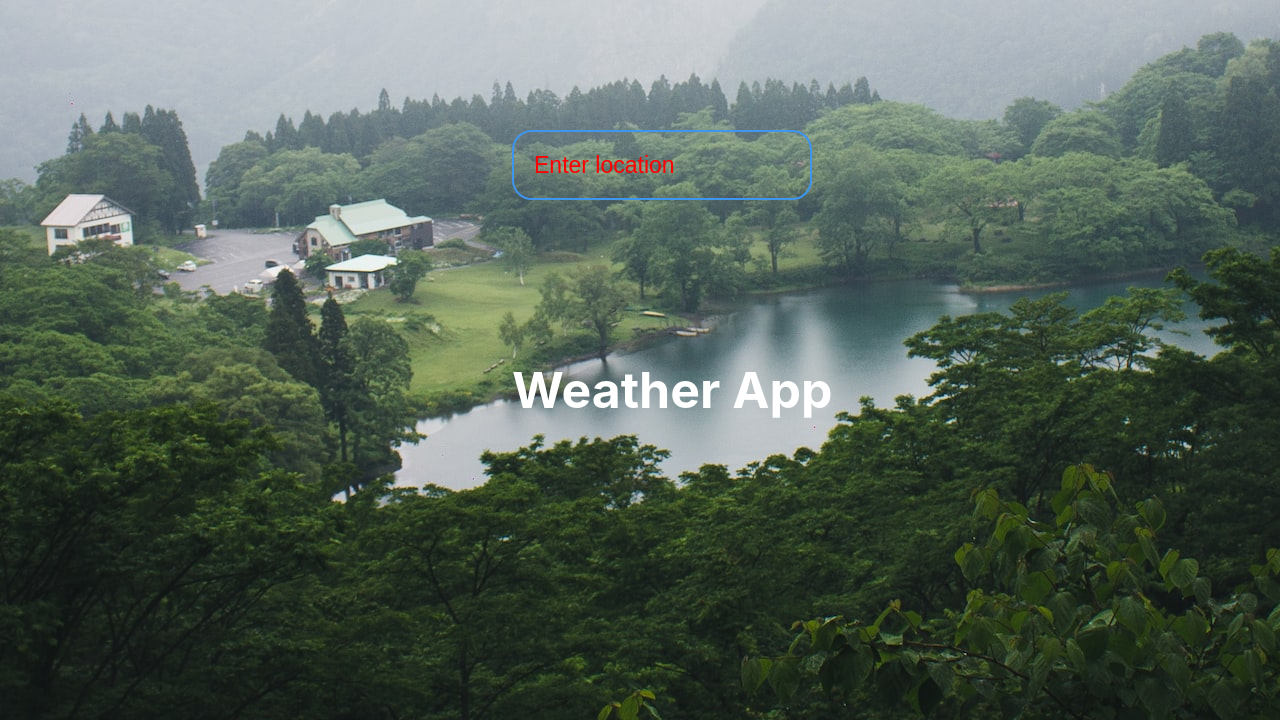
Repository: RenataDzotova/WeatherForecast
Page: /
The author's editor kept a copy of each file at every save. The page is drawn from the files as they stood at one save, then again after the next save.
The browser window is 1280 px wide. The pictures show the whole page.
The project was rebuilt for these pictures with package versions that can differ from the ones it lists, and the page was loaded fresh each time. The framework's server and built-in components were replaced by stand-ins that run in the browser. Also part of the build but not shown: next.config.js, styles/Home.module.css.

Above is the page before, as saved 2023-01-19 16:37:01.

### pages/index.js
import Head from 'next/head'
import Image from 'next/image'
import styles from '../styles/Home.module.css'
import axios from 'axios'
import { useState } from 'react'
import { FlexBox, Wrapper, Text, ImgPlaceholder } from '../styles/global'

export default function Home() {
  const [data, setData] = useState({});
  const [location, setLocation] = useState('');
  const [weather, setWeather] = useState();
  const [errorMessage, setErrorMessage] = useState('')
  const [showTitle, setShowTitle] = useState('Weather App')

  const searchLocation = (event) => {
    if (event.key === "Enter"){
      axios.get(url)
      .then((response) => {
        console.clear()
        setData(response.data)
        console.log(response.data)
        setWeather(response.data.weather)
        setErrorMessage("")
        setShowTitle("")
      }) .catch(err => {
        console.log(err)
        setErrorMessage("Please enter another location")
        setData({})
        setWeather()
      })
      setLocation('')
    }
  }

  var apiKey = "f1c3aba9f416efdb16702d2866709e98";
  var lang = "en";
  var units = "metric";
  const url = `https://api.openweathermap.org/data/2.5/weather?q=${location}&units=${units}&appid=${apiKey}&lang=${lang}`

  return (
    <div className={styles.bg}>
      <Head>
        <title>Create Next App</title>
        <meta name="description" content="Generated by create next app" />
        <link rel="icon" href="/favicon.ico" />
        <link rel="preconnect" href="https://fonts.gstatic.com" crossorigin />
        <link
            href="https://fonts.googleapis.com/css2?family=Plus+Jakarta+Sans:ital,wght@0,200;0,300;0,400;0,500;0,600;0,700;0,800;1,200;1,300;1,400;1,500;1,600;1,700;1,800&display=swap"
            rel="stylesheet"
            />
      </Head>

      <main>


        {
          data &&
            <span>
              {errorMessage}
              <span className='titleText'>
              {showTitle}
              </span>
            </span>
        }


        <input className='inputStyle'
          value = {location}
          onChange={event=> setLocation(event.target.value)}
          placeholder="Enter location"
          onKeyDown={searchLocation}
          type="text"
          style={{position:"absolute", top:"130px", left:"40%" }}
        >
        </input>

        {
          weather && weather.map((w, index) =>{
            return(
              <Wrapper bgImage={ data.main.temp.toFixed() < 0 && w.main=="Snow" ? "/alora-griffiths-HlnFco4i624-unsplash.jpg" : w.main=="Rain" || w.main=="Thunderstorm" ? "/nick-nice-ve-R7PCjJDk-unsplash.jpg" : w.main=="Clouds" ? "/johny-goerend-z_SXPzTMKkc-unsplash.jpg" : "/kenrick-mills-MF9Wy1NA55I-unsplash-2.jpg"} key={index}>

                  <FlexBox dir="column" width="100%" height="100%">
                    <FlexBox dir="column" margin="200px 0 0 0">
                      <Text color="white" fontSize="65px" fontWeight="bold">{data.name}</Text>
                        <FlexBox alignItems="flex-start">
                          <Text color="white" fontSize="90px" fontWeight="bold">{data.main.temp.toFixed()}°</Text>
                          <FlexBox margin="15px 0 12px 10px"><Text color="white" fontSize="30px">{w.main} </Text></FlexBox>
                        </FlexBox>
                    </FlexBox>

                    <FlexBox flexWrap="wrap" margin="100px 0 0 0" bgColor="rgba(227, 227, 227, 0.25)" border="rgba(227, 227, 227) solid 2px" minHeight="130px" width="60%" borderRadius="30px" justifyContent="space-around" padding="0 20px 0 20px">
                      <FlexBox dir="column">
                        <Text color="white" fontSize="65px" fontWeight="700">{data.main.feels_like.toFixed()}°C</Text>
                        <Text color="white">Feels like</Text>
                      </FlexBox>
                      <FlexBox dir="column">
                        <Text color="white" fontSize="65px" fontWeight="700">{data.main.humidity}%</Text>
                        <Text color="white">Humidity</Text>
                      </FlexBox>
                      <FlexBox dir="column">
                        <FlexBox>
                          <Text color="white" fontSize="65px" fontWeight="700">{data.main.pressure}</Text>
                          <Text fontSize="20px" margin="0 0 15px 0" color="white">hPa</Text>
                        </FlexBox>
                        <Text color="white">Pressure</Text>
                      </FlexBox>
                      { data.wind.gust &&
                      <FlexBox dir="column">
                        <FlexBox>
                          <Text color="white" fontSize="65px" fontWeight="700">{data.wind.gust}</Text>
                          <Text fontSize="20px" margin="0 0 15px 0" color="white">M/s</Text>
                        </FlexBox>
                        <Text color="white">Wind</Text>
                      </FlexBox>
                      }
                    </FlexBox>
                  </FlexBox>
              </Wrapper>
            )
          })
        }
      </main>

      {/* <footer className={styles.footer}>
        <a
          href="https://vercel.com?utm_source=create-next-app&utm_medium=default-template&utm_campaign=create-next-app"
          target="_blank"
          rel="noopener noreferrer"
        >
          Powered by{' '}
          <span className={styles.logo}>
            <Image src="/vercel.svg" alt="Vercel Logo" width={72} height={16} />
          </span>
        </a>
      </footer> */}
    </div>
  )
}

### styles/globals.css
html,
body {
  padding: 0;
  margin: 0;
  font-family: -apple-system, BlinkMacSystemFont, Segoe UI, Roboto, Oxygen,
    Ubuntu, Cantarell, Fira Sans, Droid Sans, Helvetica Neue, sans-serif;
  background-image: url("../public/cory-bjork-nkXNnX4BG1k-unsplash.jpg");
  background-position: center;
  background-repeat: no-repeat;
  display: flex;
  justify-content: center;
  align-items: center;
  flex-direction: column;
}

.titleText{
  font-size: 50px;
  font-weight: 700;
  color: white;
  background-color: transparent;
  position: absolute;
  left: 40%;
  top: 50%;
}

a {
  color: inherit;
  text-decoration: none;
}

.inputStyle{
  border-radius: 20px;
  height: 70px;
  width: 300px;
  font-size: 23px;
  padding: 20px;
  background-color: transparent;
  color: rgb(14, 40, 66);
  border: 2px solid rgb(62, 150, 239);
}
::placeholder {
  color: red;
  opacity: 1; /* Firefox */
}

* {
  box-sizing: border-box;
}

@media (prefers-color-scheme: dark) {
  html {
    color-scheme: dark;
  }
  body {
    color: white;
    background: black;
  }
}

### styles/global.js
import styled from 'styled-components';

export const Text = styled.p`
    font-size: ${props=>props.fontSize || "21px"};
    font-weight: ${props=>props.fontWeight || "normal"};
    color: ${props=>props.color};
    margin: ${props=>props.margin || "0px"};

`


export const FlexBox = styled.div`
    display:flex;
    justify-content:${props=>props.justifyContent || "center"};
    align-items:${props=>props.alignItems || "center"};
    flex-direction:${props=>props.dir || "row"};
    flex-wrap: ${props=>props.flexWrap};
    width: ${props=>props.width};
    height: ${props=>props.height};
    background-color: ${props=>props.bgColor};
    padding: ${props=>props.padding};
    margin: ${props=>props.margin || "0px"};
    min-height: ${props=>props.minHeight};
    max-height: ${props=>props.maxHeight};
    background-image: ${props=>props.linearGradient || "none"}, url(${props=>props.bgImage});
    background-position: ${props=>props.bgPosition || "center"};
    background-size: ${props=>props.bgSize || "cover"};
    background-repeat: ${props=>props.bgRepeat};
    border-radius:${props=>props.borderRadius};
    filter: ${props=>props.filter};
    border: ${props=>props.border};
    z-index:${props=>props.zIndex};
    position: ${props=>props.position};
    top: ${props=>props.top};
    left:${props=>props.left};
    bottom: ${props=>props.bottom};
    border-bottom-style: ${props=>props.borderBottom};
    box-shadow: ${props=>props.boxShadow};
    border-top: ${props=>props.topBorder};
    border-bottom: ${props=>props.bottomBorder};
    color: ${props=>props.color};
    font-weight: ${props=>props.fontWeight};
    cursor: ${props=>props.cursor};
    max-width: ${props=>props.maxWidth};
    min-width: ${props=>props.minWidth};
    overflow-y: ${props=>props.overflowY};
    overflow-anchor: ${props=>props.overflowA};
    overflow-x: ${props=>props.overflowX};
`

export const Wrapper = styled(FlexBox) `
    width: 100vw;
    min-width: ${props=>props.minWidth};
    height: ${props=>props.height || "100vh"};
    padding:${props=>props.padding};
    overflow-x: ${props=>props.overflowX};
    overflow-y: ${props=>props.overflowY};
    background-image: ${props=>props.linearGradient || "none"}, url(${props=>props.bgImage});
    background-position: ${props=>props.bgPosition || "center"};
    background-size: ${props=>props.bgSize || "cover"};
`


export const ImgPlaceholder = styled.div`
    width: ${props=>props.width || "134px"};
    height: ${props=>props.height || "154px"};
    border-radius: ${props=>props.borderRadius || "8px 0px 0px 8px"};
    background-image: url(${props=>props.bgImage});
    margin: ${props=>props.margin};
    position: ${props=>props.position};
    top: ${props=>props.top};
    background-position: center;
    background-size: cover;
`

Loaded but not shown: pages/_app.js (common file)

After the next save:
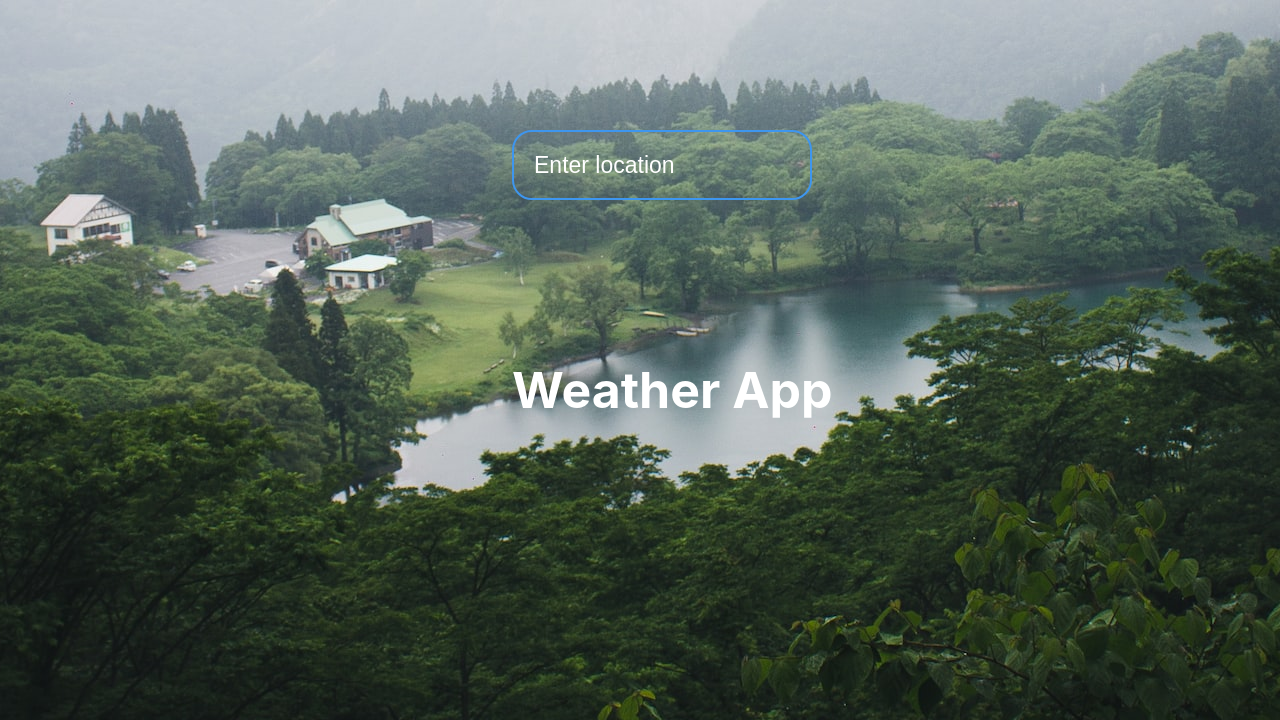
Saved 20 s later.
--- a/styles/globals.css
+++ b/styles/globals.css
@@ -39,7 +39,7 @@ a {
   border: 2px solid rgb(62, 150, 239);
 }
 ::placeholder {
-  color: red;
+  color: white;
   opacity: 1; /* Firefox */
 }
 
